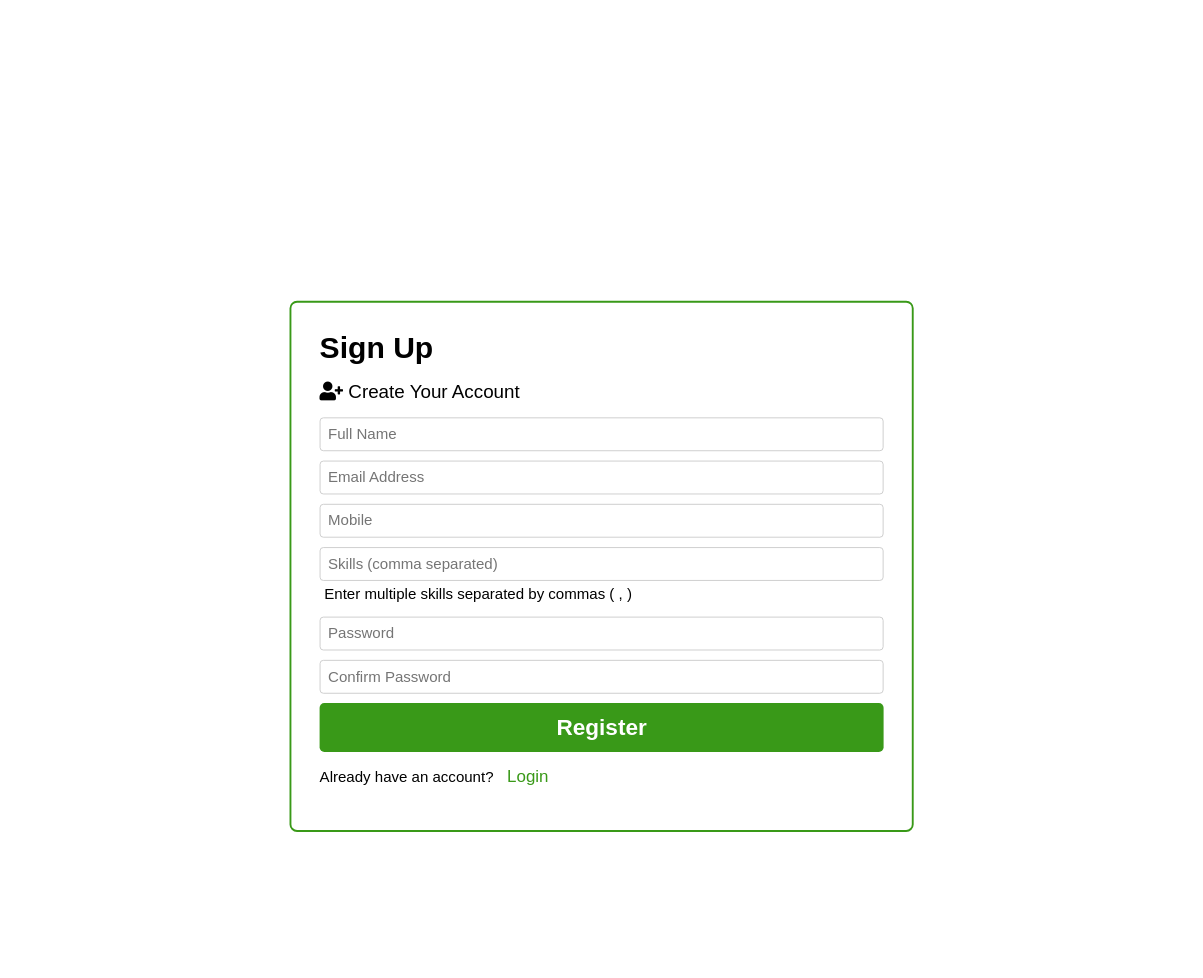
Repository: sayyad-mukthumsa-123/DevMania
Page: /register (app in frontend/)
These files come from the project's save history. The page is drawn as it stood at one moment and after the next save; the edit follows.
The browser window is 1280 px wide. The pictures show the whole page, at 94% of full size.
The project was rebuilt for these pictures with package versions that can differ from the ones it lists, and the page was loaded fresh each time. Also part of the build but not shown: frontend/src/pages/Home.js, frontend/src/pages/login.js, frontend/src/pages/Allprofiles.js, frontend/src/pages/MyProfile.js, frontend/src/pages/Indprofile.js.

Above is the page before, as saved 2025-03-01 10:42:15.

After the next save:
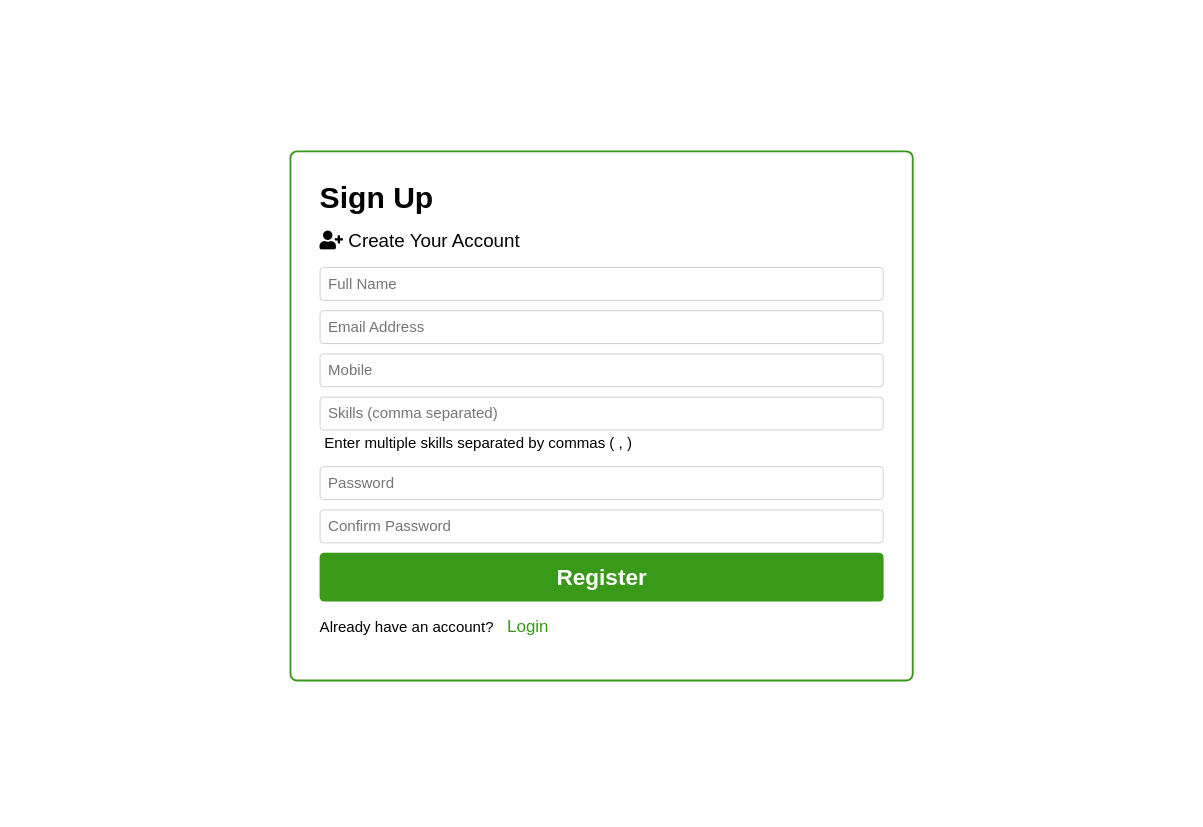
Saved 4 s later.
--- a/frontend/src/styles/styles.css
+++ b/frontend/src/styles/styles.css
@@ -130,7 +130,7 @@ body, html {
 /* Container styles */
 .container {
   width: 600px;
-  margin: 20rem auto;
+  margin: 10rem auto;
   padding: 30px;
   border: 2px solid #399918;
   color: black;
